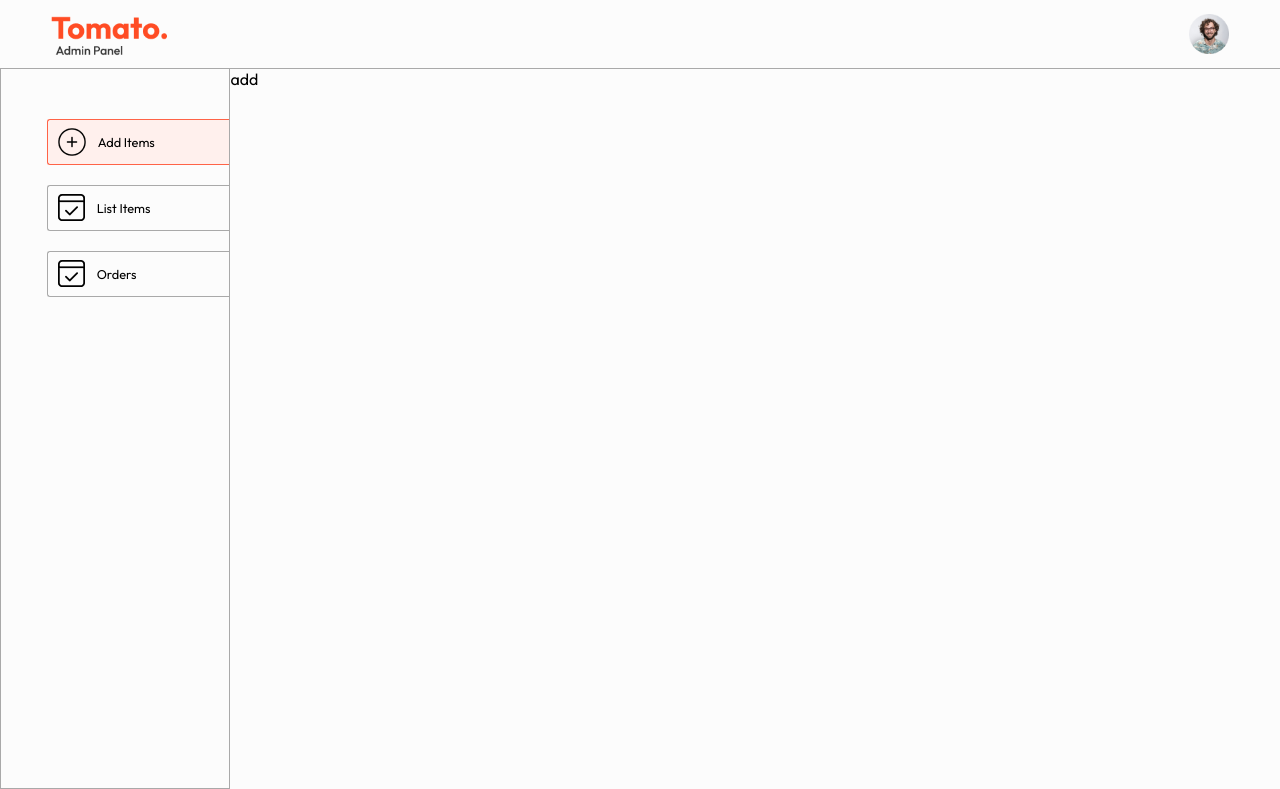
Repository: KartikChouhan03/food-delivery-app
Page: /add (app in admin/)
These files come from the project's save history. The page is drawn as it stood at one moment and after the next save; the edit follows.
The browser window is 1280 px wide. The pictures show the whole page.
Some web fonts or font styles are not loaded; a fallback is used. The project was rebuilt for these pictures with package versions that can differ from the ones it lists, and the page was loaded fresh each time. Also part of the build but not shown: admin/vite.config.js, admin/src/pages/Add/Add.css, admin/src/pages/List/List.css, admin/src/pages/List/List.jsx, admin/src/pages/Orders/Orders.css, admin/src/pages/Orders/Orders.jsx.

Above is the page before, as saved 2025-08-17 14:32:11.

After the next save:
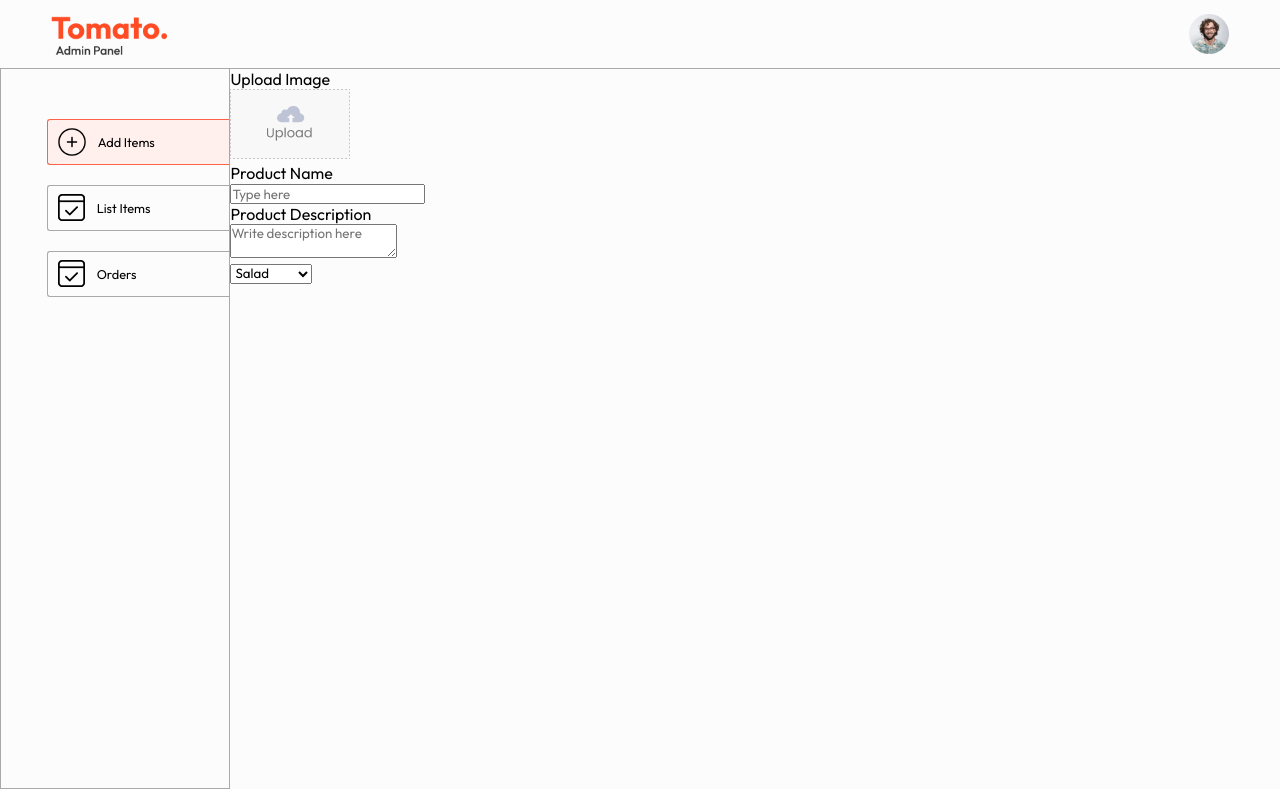
Saved 7 min 14 s later.
--- a/admin/src/pages/Add/Add.jsx
+++ b/admin/src/pages/Add/Add.jsx
@@ -1,10 +1,41 @@
 import React from 'react'
 import './Add.css'
+import { assets } from '../../assets/assets'
 
 const Add = () => {
   return (
-    <div>
-      add
+    <div className='add'>
+      <form className='flex-col'>
+        <div className="add-img-upload flex-col">
+            <p>Upload Image</p>
+            <label htmlFor='image'>
+                <img src={assets.upload_area} alt="" />
+            </label>
+            <input type="file" id="image"  hidden required/>
+        </div>
+        <div className="add-product-name flex-col">
+            <p>Product Name</p>
+            <input type="text" name='name' placeholder='Type here' />
+        </div>
+        <div className="add-product-description flex-col">
+            <p>Product Description</p>
+            <textarea name="description" placeholder="Write description here"></textarea>
+        </div>
+        <div className="add-category-price">
+            <div className='add-category flex-col'>
+                <select name="category" >
+                    <option value="Salad">Salad</option>
+                    <option value="Rolls">Rolls</option>
+                    <option value="Deserts">Deserts</option>
+                    <option value="Sandwich">SandWich</option>
+                    <option value="Cake">Cake</option>
+                    <option value="Pure Veg">Pure Veg</option>
+                    <option value="Pasta">Pasta</option>
+                    <option value="Noodles">Noodles</option>
+                </select>
+            </div>
+        </div>
+      </form>
     </div>
   )
 }
